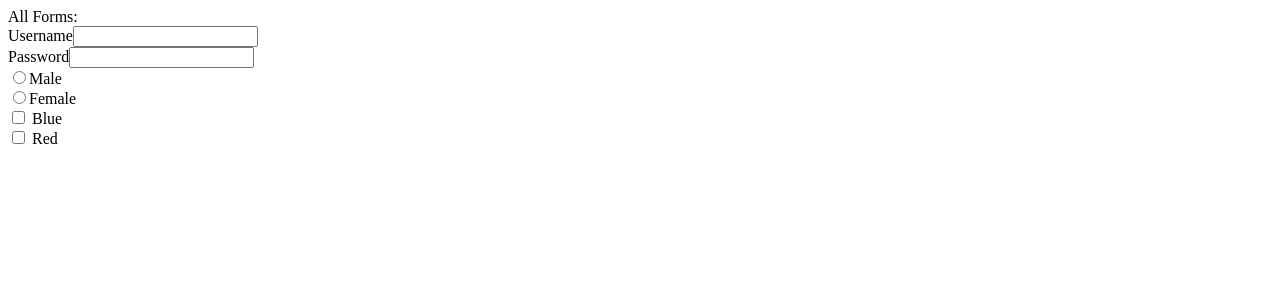
Repository: LsCodeMaster/Training
Page: WebDemo/WebContent/html/static/BigForm.html
These files come from the project's save history. The page is drawn as it stood at one moment and after the next save; the edit follows.
The browser window is 1280 px wide. The pictures show the whole page.

Above is the page before, as saved 2015-09-17 08:35:49.

### WebDemo/WebContent/html/static/BigForm.html
<!DOCTYPE html>
<html>
<head>
<meta charset="ISO-8859-1">
<title>Insert title here</title>
</head>
<body>
All Forms:
<form name="allInputTypes">
	Username<input type="text" name="username"> <br/>
	Password<input type="password" name="pass"> <br/>
	<input type="radio" name="sex" value="male">Male <br/>
	<input type="radio" name="sex" value="female">Female <br/>
	<input type="checkbox" name="color" value="blue"> Blue <br/>
	<input type="checkbox" name="color" value="red"> Red <br/>

</form>
</body>
</html>

After the next save:
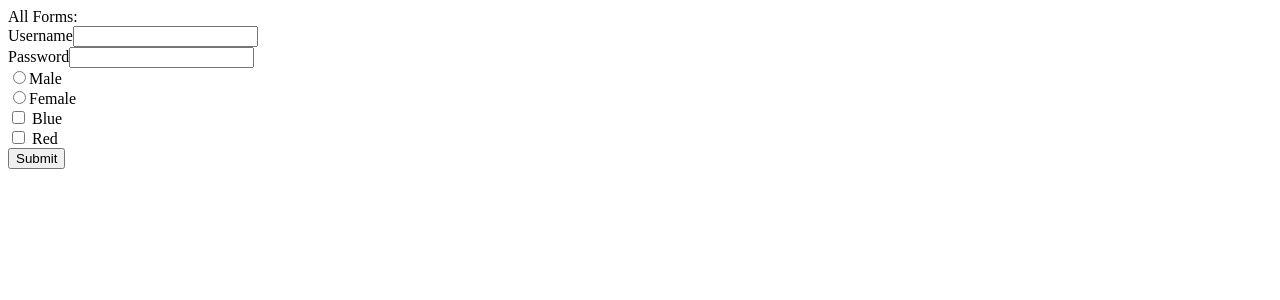
Saved 28 s later.
--- a/WebDemo/WebContent/html/static/BigForm.html
+++ b/WebDemo/WebContent/html/static/BigForm.html
@@ -13,7 +13,7 @@ All Forms:
 	<input type="radio" name="sex" value="female">Female <br/>
 	<input type="checkbox" name="color" value="blue"> Blue <br/>
 	<input type="checkbox" name="color" value="red"> Red <br/>
-
+	<input type="submit" name="submit">
 </form>
 </body>
 </html>
